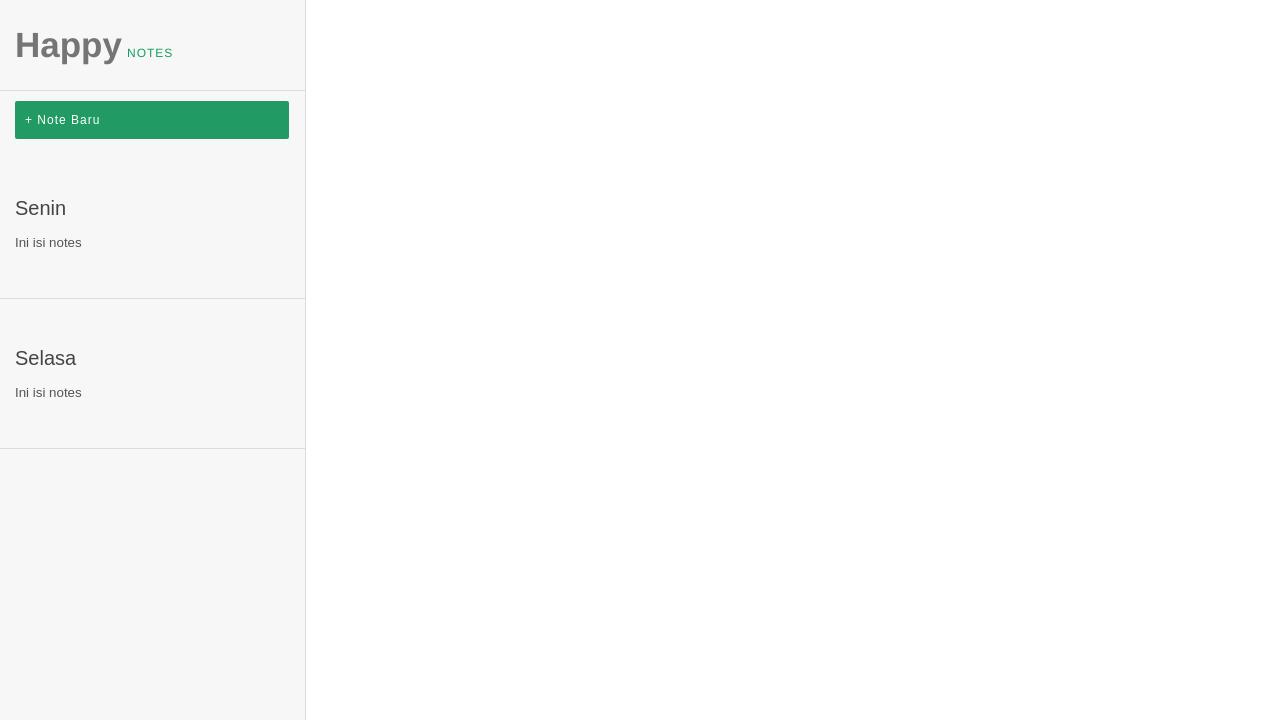
Repository: AdiPrimanto/notes-vue
Page: / (app in resources/)
An editor plug-in stored every save of this project. The page is shown before and after the next save, followed by the edit.
The browser window is 1280 px wide. The pictures show the whole page.
The project was rebuilt for these pictures with package versions that can differ from the ones it lists, and the page was loaded fresh each time. Also part of the build but not shown: resources/vue.config.js.

Above is the page before, as saved 2020-02-22 17:23:34.

### resources/src/App.vue
<template>
  <div id="app">
    <!-- kiri -->
    <div class="kiri">
      <div class="logo">
        <a rel="stylesheet" href="https://google.com">
          <h2>Happy</h2>
          <span>Notes</span>
        </a>
      </div>
      <div class="frame-notes">
        <button @click="newNotes" class="bg-success btn btn-new-note">
          + Note Baru
        </button>

        <ListNotes/>
      </div>
    </div>
    <!-- kanan -->
    <div class="kanan">
    </div>
  </div>
</template>

<script>
import ListNotes from './components/listNotes.vue'

export default {
  name: 'App',
  components: {
    ListNotes
  }
}
</script>

<style>
body{
     margin:0px;
     overflow:hidden;
}
#app {
     font-family: 'Avenir', Helvetica, Arial, sans-serif;
     color: #2c3e50;
     padding:0px;

     display:flex;
     width:100%;
}

.kiri{
     width: 400px;
     background: #f7f7f7;
     color: #616161;
}
.logo{
     padding: 25px 15px;
     border-bottom: 1px solid gainsboro;
}
.logo a{
     text-decoration:none;
}
.logo a h2{
     margin: 0px;
     display: inline;
     margin-right: 5px;
     font-size: 35px;
     text-transform: capitalize;
     color: #757575;
}
.logo a span{
     font-size: 12px;
     letter-spacing: 1px;
     text-transform: uppercase;
     color:#139e5f;
}
.frame-notes{
     overflow-y: scroll;
     overflow-x: hidden;
     height: 85vh;
}
.bg-success{
     background: #219a63;
     color: white;
     outline:none;
}
.bg-success:hover{
     background:#24b774;
     color: white;
}
.bg-danger{
     background:#b50000;
     color: white;
}
.bg-danger:hover{
     background:#c50000;
}
.btn{
     border: none;
     font-size: 12px;
     text-align: center;
     letter-spacing: 1px;
     cursor: pointer;
     border-radius: 2px;
     padding: 7px 25px;
     outline:none;
}
.btn-new-note{
     width: 90%;
     padding: 12px 10px;
     margin: 10px 15px;
     text-align: left !important;
}

.kanan{
     width: 100%;
     overflow-y: scroll;
     height: 100vh;
     border-left: 1px solid gainsboro;
}

/* width */
::-webkit-scrollbar {
  width: 5px;
}

/* Track */
::-webkit-scrollbar-track {
  background: #f7f7f7;
}

/* Handle */
::-webkit-scrollbar-thumb {
  background: #888;
}

/* Handle on hover */
::-webkit-scrollbar-thumb:hover {
  background: #555;
}
</style>

### resources/src/components/listNotes.vue
<template>
    <div class="listNotes">
        <ul>
            <li v-for="(row, index) in notes" :key="index">
                <button class="btn-note">
                    <label>{{ row.title }}</label>
                    <span>{{ row.description }}</span>
                </button>
                <!-- {{ row.title }} {{ index }} -->
            </li>
        </ul>
    </div>
</template>

<script>

export default {
    name: 'listNotes',
    data: function () {
        return {
            notes : [
                { title : 'Senin' , description : 'Ini isi notes' },
                { title : 'Selasa' , description : 'Ini isi notes' }
            ]
        }
    }
}
</script>

<style>
ul {
     list-style-type: none;
     padding: 0;
     margin:0px;
}
.btn-note {
     text-align: left;
     border: none;
     border-bottom: 1px solid gainsboro;
     padding: 0px 15px;
     cursor: pointer;
     outline: none;
     background: #f7f7f7;
     height: 150px;
     width: 100%;
}
.btn-note:hover {
     background:#eaeaea;
}
.btn-note label{
     display:block;
     color: #444444;
     font-size: 1.5em;
     margin-bottom: 15px;
}
.btn-note span{
    color: #545454;
}
</style>

Loaded but not shown: resources/public/index.html (common file); resources/src/main.js (common file)

After the next save:
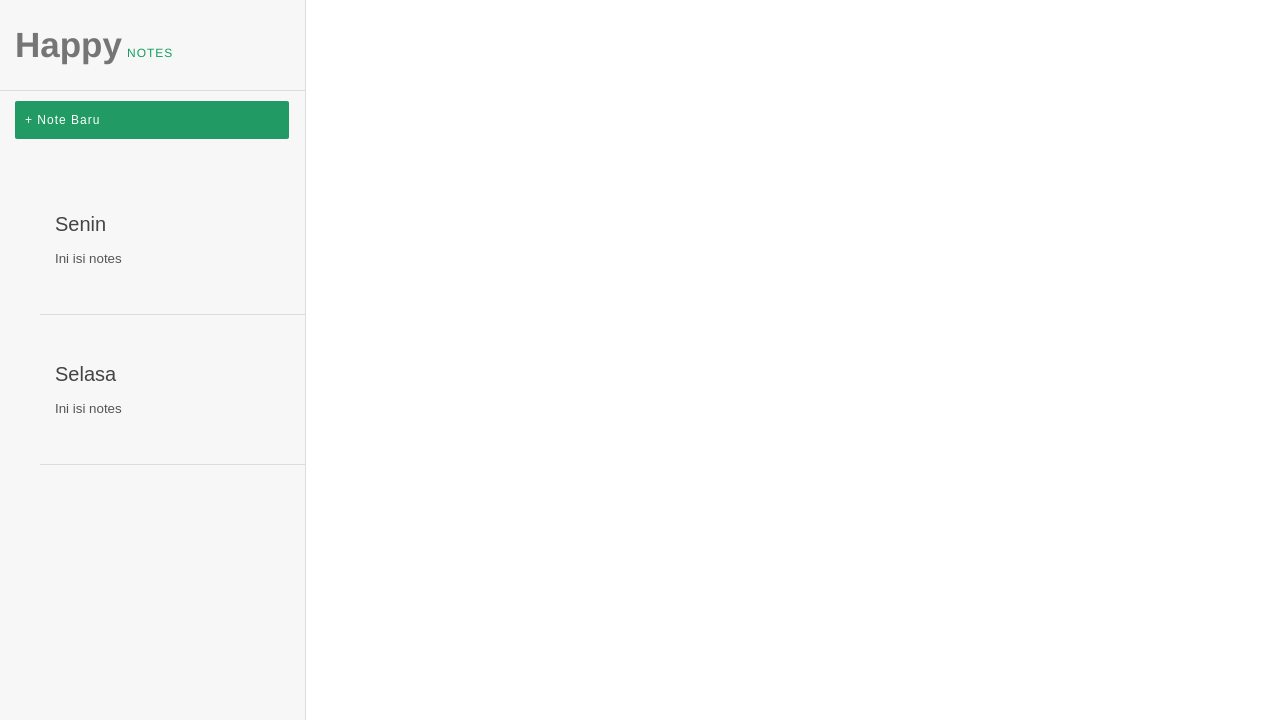
Saved 16 s later.
--- a/resources/src/components/listNotes.vue
+++ b/resources/src/components/listNotes.vue
@@ -30,8 +30,8 @@
 <style>
 ul {
      list-style-type: none;
-     padding: 0;
-     margin:0px;
+     /* padding: 0;
+     margin:0px; */
 }
 .btn-note {
      text-align: left;

After the save that followed:
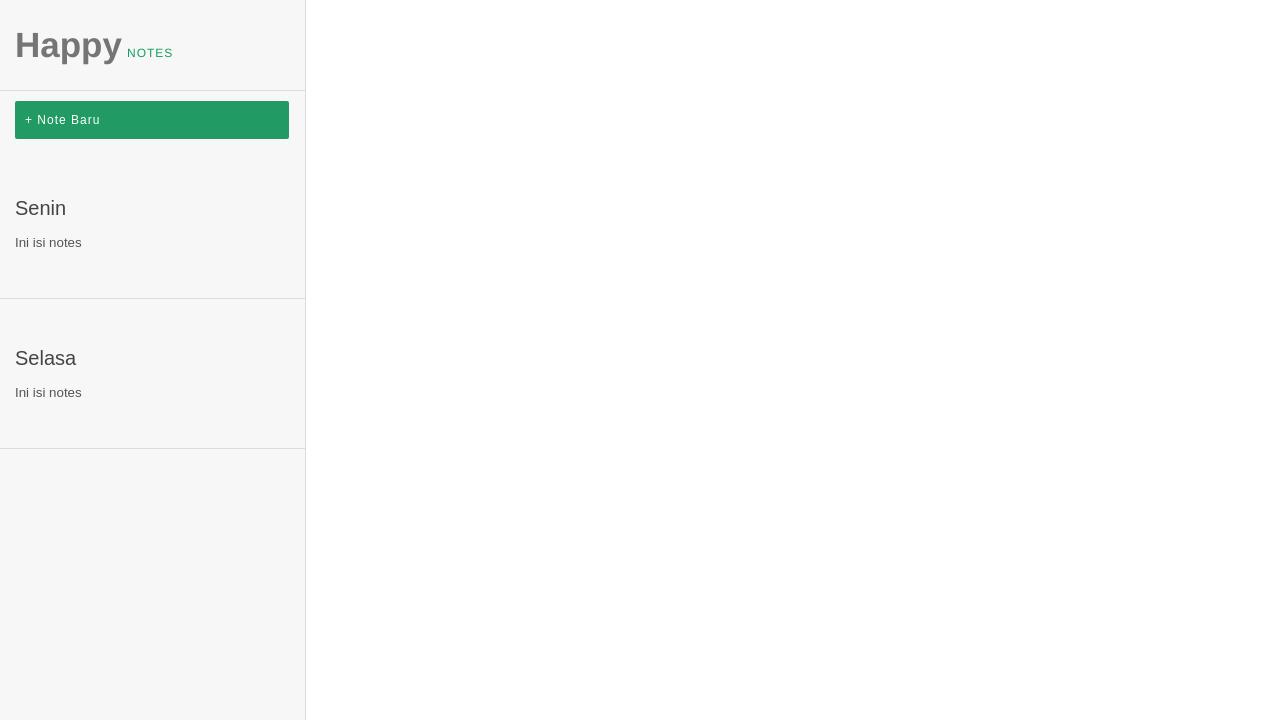
Saved 4 s later.
--- a/resources/src/components/listNotes.vue
+++ b/resources/src/components/listNotes.vue
@@ -30,8 +30,8 @@
 <style>
 ul {
      list-style-type: none;
-     /* padding: 0;
-     margin:0px; */
+     padding: 0;
+     margin:0px;
 }
 .btn-note {
      text-align: left;
